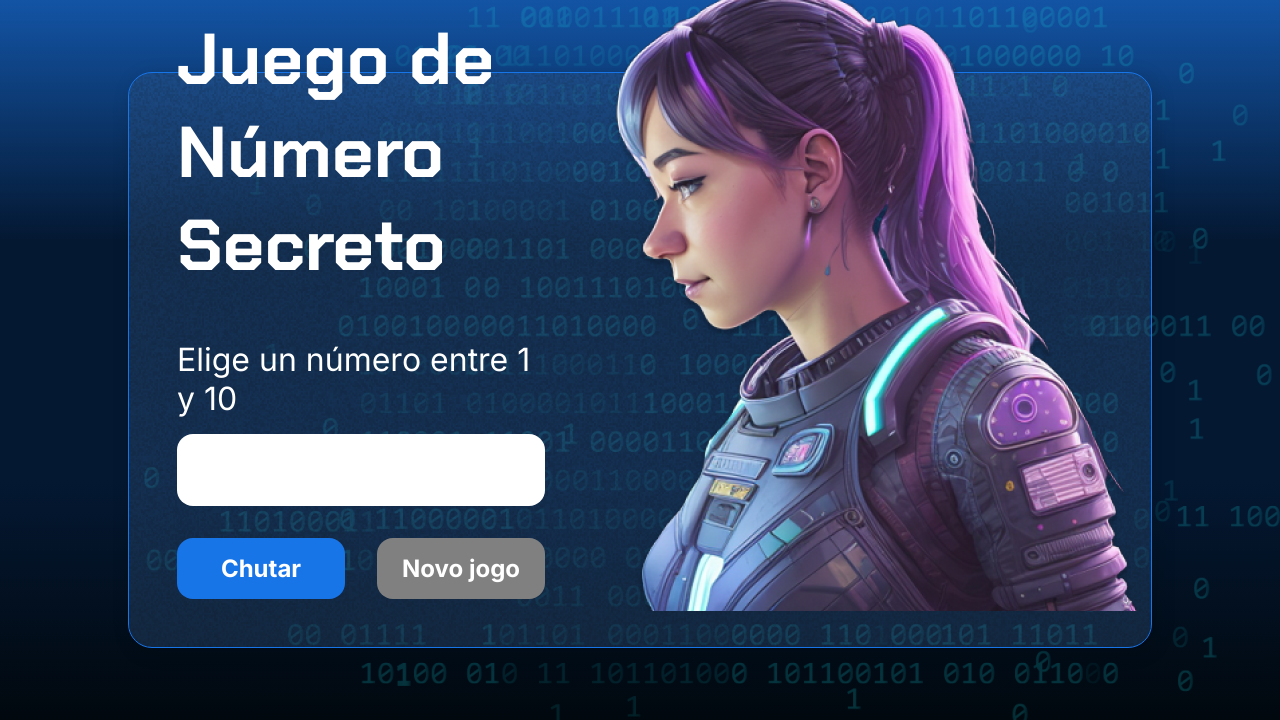
Repository: AnaFzCz/JuegoDeNumeroSecreto
Page: index.html
The author's editor kept a copy of each file at every save. The page is drawn from the files as they stood at one save, then again after the next save.
The browser window is 1280 px wide. The pictures show the whole page.

Above is the page before, as saved 2025-02-03 17:56:14.

After the next save:
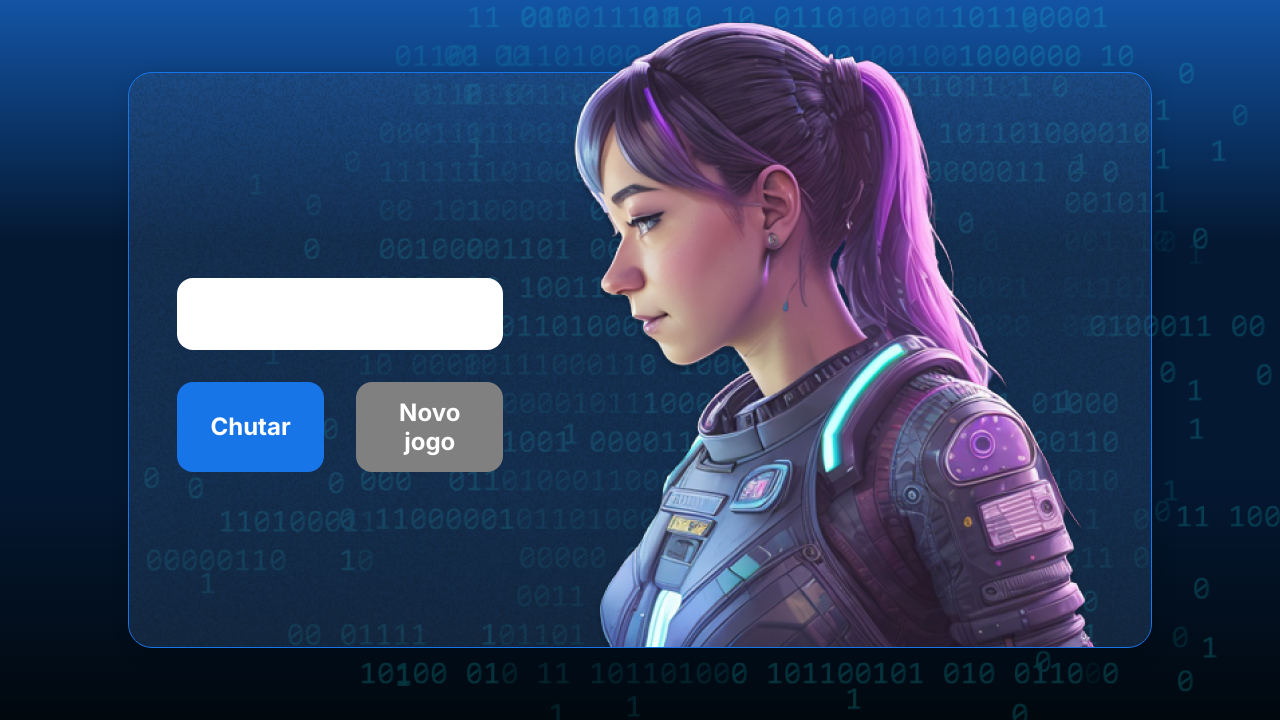
Saved 4 min 1 s later.
--- a/app.js
+++ b/app.js
@@ -13,8 +13,13 @@
     campo.innerHTML = texto;
 }
 
-exibirTextoNaTela('h1', 'Juego de Número Secreto');
-exibirTextoNaTela('p', 'Elige un número entre 1 y 10');
+
+function exibirMensagemNaTela() {
+    exibirTextoNaTela('h1', 'Juego de Número Secreto');
+    exibirTextoNaTela('p', 'Elige un número entre 1 y 10');
+}
+
+
 
 function verificarChute() {
     let chute = document.querySelector('input').value;
@@ -52,7 +57,6 @@
     numeroSecreto = generarNumeroAleatorio();
     limparCampo();
     tentativas = 1;
-    exibirTextoNaTela('h1', 'Juego de Número Secreto');
-    exibirTextoNaTela('p', 'Elige un número entre 1 y 10');
+    exibirMensagemNaTela();
 
 }

After the save that followed:
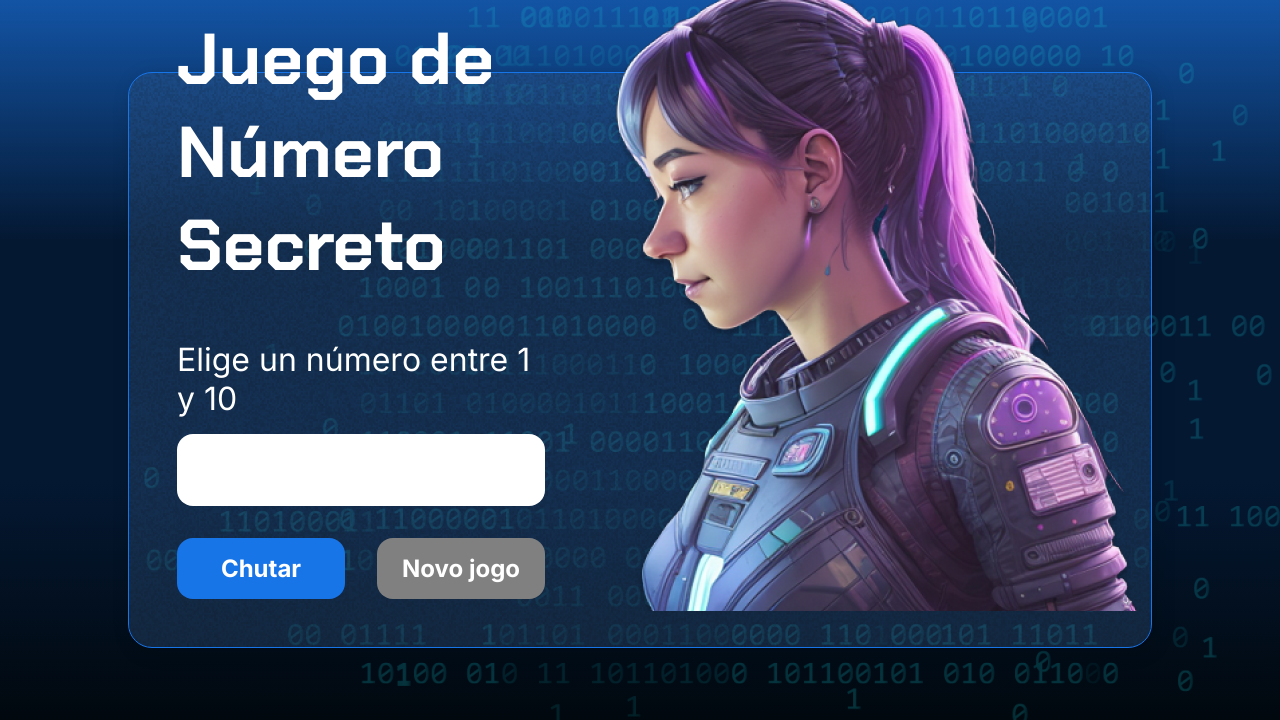
Saved 95 s later.
--- a/app.js
+++ b/app.js
@@ -18,6 +18,7 @@
     exibirTextoNaTela('h1', 'Juego de Número Secreto');
     exibirTextoNaTela('p', 'Elige un número entre 1 y 10');
 }
+exibirMensagemNaTela();
 
 
 
@@ -53,7 +54,7 @@
     chute.value = '';
 }
 
-function reiniciarJuego() {
+function reiniciarJogo() {
     numeroSecreto = generarNumeroAleatorio();
     limparCampo();
     tentativas = 1;
